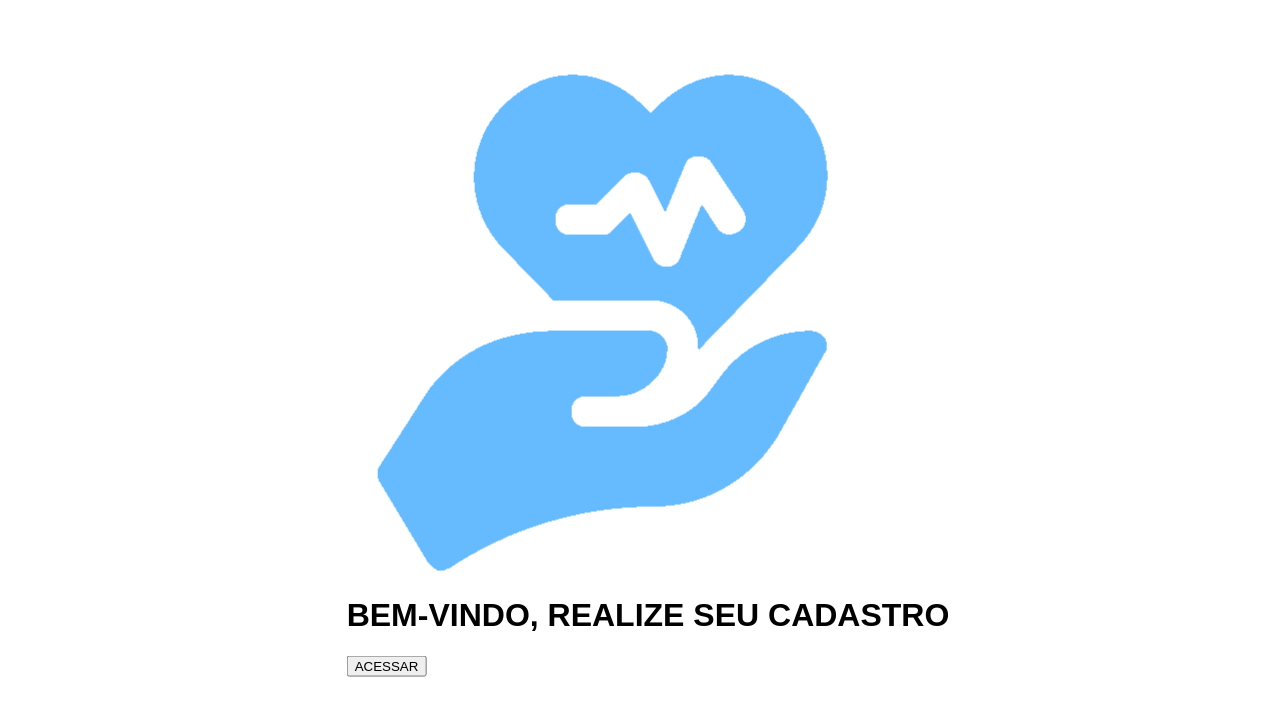
Repository: ohenriquesouza/HospitalCRUD-using-JavaEE
Page: JSP_test/src/main/webapp/index.html
These files come from the project's save history. The page is drawn as it stood at one moment and after the next save; the edit follows.
The browser window is 1280 px wide. The pictures show the whole page.

Above is the page before, as saved 2022-12-26 19:58:37.

### JSP_test/src/main/webapp/index.html
<!DOCTYPE html>
<html lang="pt-br">
<head>
    <meta charset="UTF-8">
    <meta http-equiv="X-UA-Compatible" content="IE=edge">
    <meta name="viewport" content="width=device-width, initial-scale=1.0">
    <title>Document</title>
    <link rel="icon" href="imgs/usericon.png">
    <link rel="stylesheet" href="style.css">
    <style>
        body{
            font-family: Arial, Helvetica, sans-serif;
            font-size: medium;
            position: absolute;
            top: 50%;
            left: 50%;
            transform: translate(-50%, -50%);
        }
    </style>
</head>
    <body>
    	<img src="imgs/saudeicon.png">
      	<h1>BEM-VINDO, REALIZE SEU CADASTRO</h1>
      	<a href="cadastro.html"><button>ACESSAR</button></a>
    </body>
</html>

Loaded but not shown: JSP_test/src/main/webapp/style.css (no copy from this time; the picture is the same without it)

After the next save:
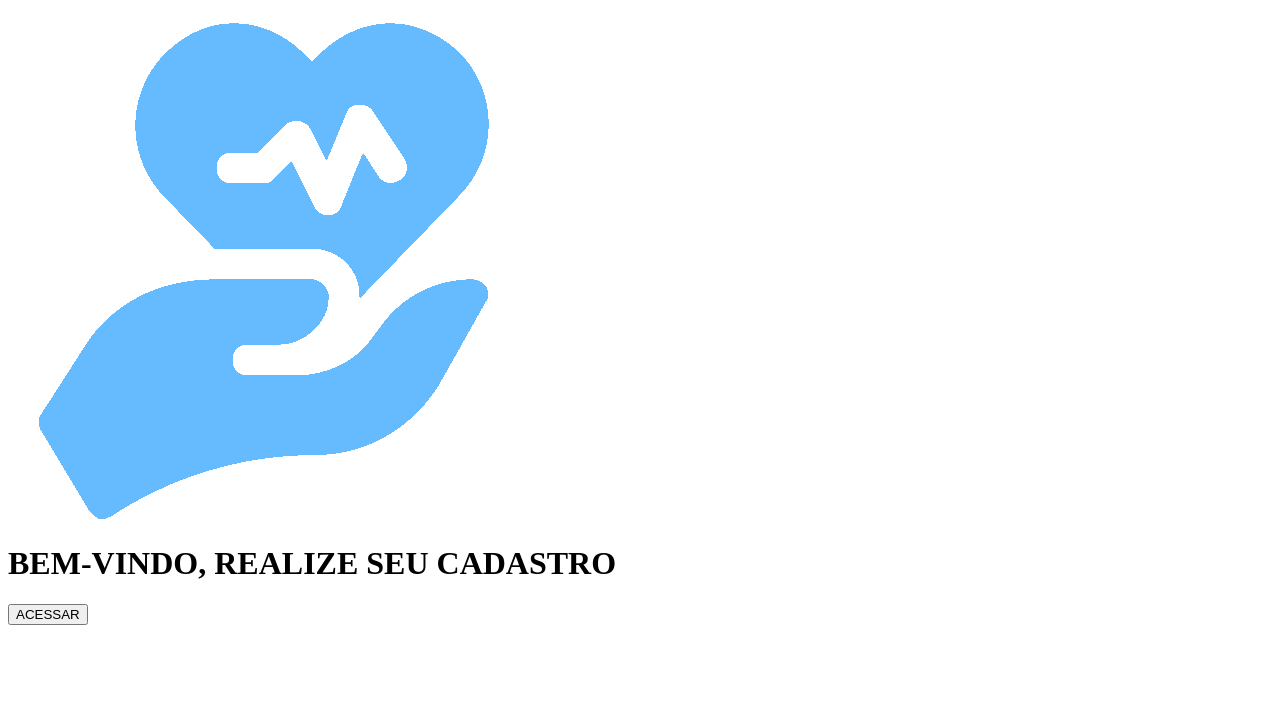
Saved 73 s later.
--- a/JSP_test/src/main/webapp/index.html
+++ b/JSP_test/src/main/webapp/index.html
@@ -7,16 +7,7 @@
     <title>Document</title>
     <link rel="icon" href="imgs/usericon.png">
     <link rel="stylesheet" href="style.css">
-    <style>
-        body{
-            font-family: Arial, Helvetica, sans-serif;
-            font-size: medium;
-            position: absolute;
-            top: 50%;
-            left: 50%;
-            transform: translate(-50%, -50%);
-        }
-    </style>
+
 </head>
     <body>
     	<img src="imgs/saudeicon.png">

After the save that followed:
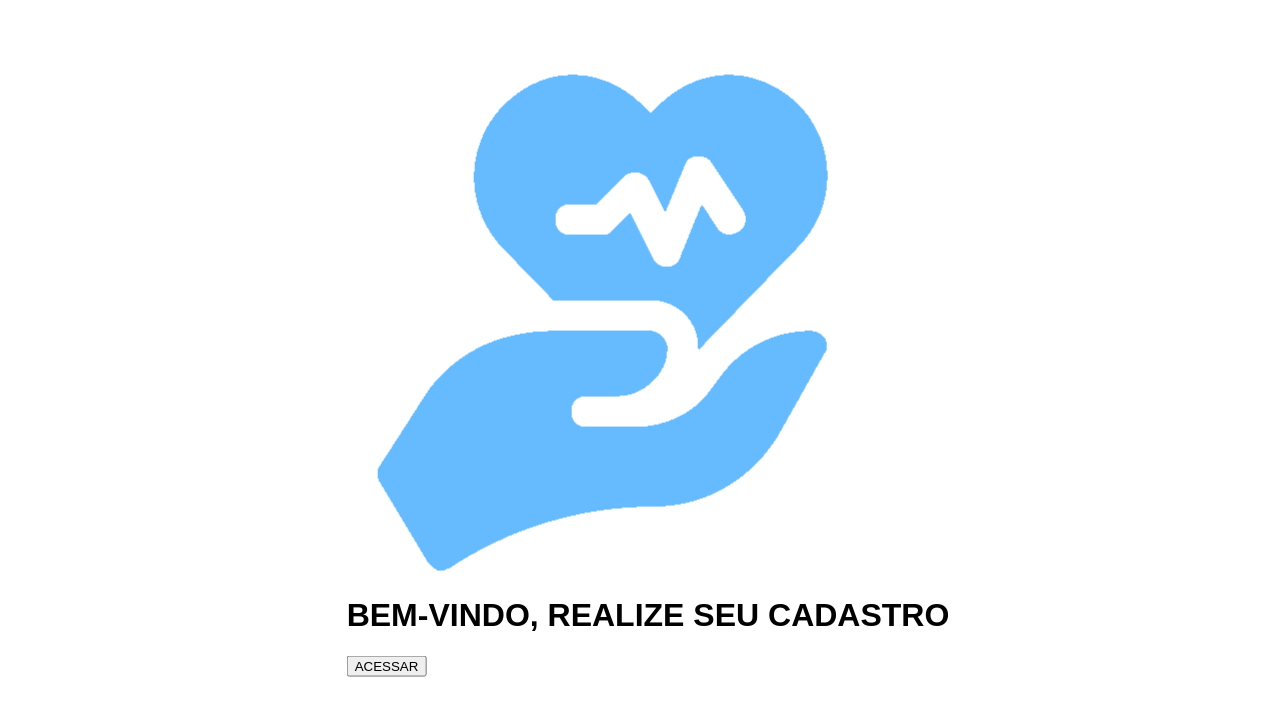
Saved 9 s later.
--- a/JSP_test/src/main/webapp/index.html
+++ b/JSP_test/src/main/webapp/index.html
@@ -7,7 +7,16 @@
     <title>Document</title>
     <link rel="icon" href="imgs/usericon.png">
     <link rel="stylesheet" href="style.css">
-
+    <style>
+        body{
+            font-family: Arial, Helvetica, sans-serif;
+            font-size: medium;
+            position: absolute;
+            top: 50%;
+            left: 50%;
+            transform: translate(-50%, -50%);
+        }
+    </style>
 </head>
     <body>
     	<img src="imgs/saudeicon.png">
